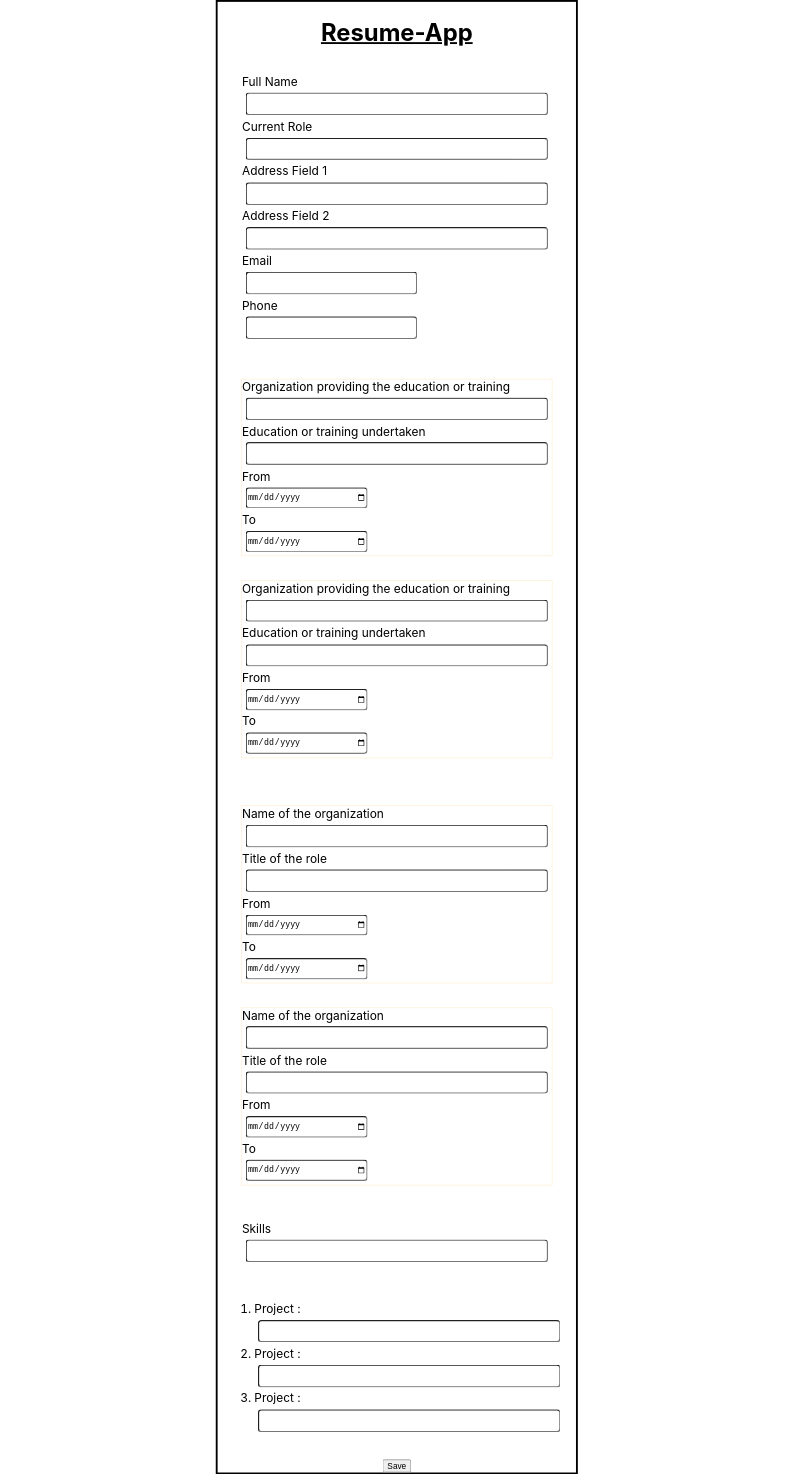
Repository: 0101chaitanya/resume-app
Page: /
These files come from the project's save history. The page is drawn as it stood at one moment and after the next save; the edit follows.
The browser window is 1280 px wide. The pictures show the whole page, at 62% of full size.
The project was rebuilt for these pictures with package versions that can differ from the ones it lists, and the page was loaded fresh each time.

Above is the page before, as saved 2021-07-28 15:56:25.

### src/App.js
import React, { useState, useEffect } from "react";
import logo from "./logo.svg";
import "./App.css";

function App() {
  const [state, setState] = useState({
    fullName: "",
    currentRole: "",
    address1: "",
    address2: "",

    schoolName1: "",
    titleOfStudy1: "",
    from1: "",
    to1: "",

    schoolName2: "",
    titleOfStudy2: "",
    from2: "",
    to2: "",

    organizationName1: "",
    titleOfRole1: "",
    workedFrom1: "",
    workedTill1: "",

    organizationName2: "",
    titleOfRole2: "",
    workedFrom2: "",
    workedTill2: "",

    skills: "",

    project1: "",
    project2: "",
    project3: "",
  });
  useEffect(() => {
    console.log(state);
  });
  const onChange = (e) => {
    const { name, value } = e.target;
    setState({
      ...state,
      [name]: value,
    });
  };
  const handleSubmit = (e) => {
    localStorage.setItem("savedData", JSON.stringify(state));
    setState({
      fullName: "",
      currentRole: "",
      address1: "",
      address2: "",

      schoolName1: "",
      titleOfStudy1: "",
      from1: "",
      to1: "",

      schoolName2: "",
      titleOfStudy2: "",
      from2: "",
      to2: "",

      organizationName1: "",
      titleOfRole1: "",
      workedFrom1: "",
      workedTill1: "",

      organizationName2: "",
      titleOfRole2: "",
      workedFrom2: "",
      workedTill2: "",

      skills: "",

      project1: "",
      project2: "",
      project3: "",
    });
    e.target.submit();
  };

  return (
    <div className="app">
      <header className="App-header">
        <h1>Resume-App</h1>
      </header>
      <form
        onSubmit={(e) => {
          e.preventDefault();
          handleSubmit(e);
        }}
      >
        <div className="section section1">
          <label htmlFor="fullName">
            Full Name
            <input
              required
              id="fullName"
              name="fullName"
              onChange={onChange}
              value={state.fullName}
              type="text"
            />
          </label>
          <label htmlFor="currentRole">
            Current Role
            <input
              required
              id="currentRole"
              name="currentRole"
              onChange={onChange}
              value={state.currentRole}
              type="text"
            />
          </label>
          <label htmlFor="address1">
            Address Field 1
            <input
              required
              id="address1"
              name="address1"
              onChange={onChange}
              value={state.address1}
              type="text"
            />
          </label>
          <label htmlFor="address2">
            Address Field 2
            <input
              required
              id="address2"
              name="address2"
              onChange={onChange}
              value={state.address2}
              type="text"
            />
          </label>
          <label htmlFor="email">
            Email
            <input
              required
              id="email"
              name="email"
              onChange={onChange}
              value={state.email}
              type="email"
            />
          </label>
          <label htmlFor="phone">
            Phone
            <input
              required
              id="phone"
              name="phone"
              onChange={onChange}
              value={state.phone}
              type="tel"
            />
          </label>
        </div>
        <div className="section section2">
          <div className="edu1">
            <label htmlFor="schoolName1">
              Organization providing the education or training
              <input
                required
                id="schoolName1"
                name="schoolName1"
                onChange={onChange}
                value={state.schoolName1}
                type="text"
              />
            </label>
            <label htmlFor="titleOfStudy1">
              Education or training undertaken
              <input
                required
                id="titleOfStudy1"
                name="titleOfStudy1"
                onChange={onChange}
                value={state.titleOfStudy1}
                type="text"
              />
            </label>
            <label htmlFor="from1">
              From
              <input
                required
                id="from1"
                name="from1"
                onChange={onChange}
                value={state.from1}
                type="date"
              />
            </label>
            <label htmlFor="to1">
              To
              <input
                required
                id="to1"
                name="to1"
                onChange={onChange}
                value={state.to1}
                type="date"
              />
            </label>
          </div>
          <div className="edu2">
            <label htmlFor="schoolName2">
              Organization providing the education or training
              <input
                required
                id="schoolName2"
                name="schoolName2"
                onChange={onChange}
                value={state.schoolName2}
                type="text"
              />
            </label>
            <label htmlFor="titleOfStudy2">
              Education or training undertaken
              <input
                required
                id="titleOfStudy2"
                name="titleOfStudy2"
                onChange={onChange}
                value={state.titleOfStudy2}
                type="text"
              />
            </label>
            <label htmlFor="from2">
              From
              <input
                required
                id="from2"
                name="from2"
                onChange={onChange}
                value={state.from2}
                type="date"
              />
            </label>
            <label htmlFor="to2">
              To
              <input
                required
                id="to2"
                name="to2"
                onChange={onChange}
                value={state.to2}
                type="date"
              />
            </label>
          </div>
        </div>
        <div className="section section3">
          <div className="job1">
            <label htmlFor="organizationName1">
              Name of the organization
              <input
                required
                id="organizationName1"
                name="organizationName1"
                onChange={onChange}
                value={state.organizationName1}
                type="text"
              />
            </label>
            <label htmlFor="titleOfRole1">
              Title of the role
              <input
                required
                id="titleOfRole1"
                name="titleOfRole1"
                onChange={onChange}
                value={state.titleOfRole1}
                type="text"
              />
            </label>
            <label htmlFor="workedFrom1">
              From
              <input
                required
                id="workedFrom1"
                name="workedFrom1"
                onChange={onChange}
                value={state.workedFrom1}
                type="date"
              />
            </label>
            <label htmlFor="workedTill1">
              To
              <input
                required
                id="workedTill1"
                name="workedTill1"
                onChange={onChange}
                value={state.workedTill1}
                type="date"
              />
            </label>
          </div>
          <div className="job2">
            <label htmlFor="organizationName2">
              Name of the organization
              <input
                id="organizationName2"
                name="organizationName2"
                onChange={onChange}
                value={state.organizationName2}
                type="text"
              />
            </label>
            <label htmlFor="titleOfRole2">
              Title of the role
              <input
                id="titleOfRole2"
                name="titleOfRole2"
                onChange={onChange}
                value={state.titleOfRole2}
                type="text"
              />
            </label>
            <label htmlFor="workedFrom2">
              From
              <input
                id="workedFrom2"
                name="workedFrom2"
                onChange={onChange}
                value={state.workedFrom2}
                type="date"
              />
            </label>
            <label htmlFor="workedTill2">
              To
              <input
                id="workedTill2"
                name="workedTill2"
                onChange={onChange}
                value={state.workedTill2}
                type="date"
              />
            </label>
          </div>
        </div>
        <div className="section section4">
          <label htmlFor="skills">
            Skills
            <input
              required
              id="skills"
              name="skills"
              onChange={onChange}
              value={state.skills}
              type="text"
            />
          </label>
        </div>
        <div className="section section5">
          <ol>
            <li>
              <label htmlFor="project1">
                Project :{" "}
                <input
                  required
                  id="project1"
                  name="project1"
                  onChange={onChange}
                  value={state.project1}
                  type="text"
                />
              </label>
            </li>
            <li>
              <label htmlFor="project2">
                Project :{" "}
                <input
                  required
                  id="project2"
                  name="project2"
                  onChange={onChange}
                  value={state.project2}
                  type="text"
                />
              </label>
            </li>
            <li>
              <label htmlFor="project3">
                Project :{" "}
                <input
                  id="project3"
                  name="project3"
                  onChange={onChange}
                  value={state.project3}
                  type="text"
                />
              </label>
            </li>
          </ol>
        </div>
        <button type="submit">Save</button>
      </form>
    </div>
  );
}

export default App;

### src/App.css
html {
  font-size: 1.2rem;
  font-weight: 400;
}
input {
  border-radius: 0.3rem;
  height: 1.6rem;
}
.app {
  margin: auto;
  display: flex;
  flex-direction: column;
  border: 0.2rem solid;
  width: fit-content;
  height: fit-content;
}

h1 {
  text-align: center;
  text-decoration: underline;
}
label {
  display: flex;
  flex-direction: column;
}
input[type="text"] {
  width: 25rem;
  margin: 0.3rem;
}
input[type="email"],
input[type="tel"] {
  width: 14rem;

  margin: 0.3rem;
}

input[type="date"] {
  width: 10rem;

  margin: 0.3rem;
}
.edu1,
.edu2,
.job1,
.job2 {
  margin: 1rem;
  border: 1px solid blanchedalmond;
}
.section {
  margin: 1rem;
  display: flex;
  flex-direction: column;
  justify-content: center;
}
form {
  display: flex;
  flex-direction: column;
  align-items: center;
}
button {
  justify-self: center;
}

Loaded but not shown: public/index.html (common file); src/index.js (common file); src/index.css (common file); src/reportWebVitals.js (common file)

After the next save:
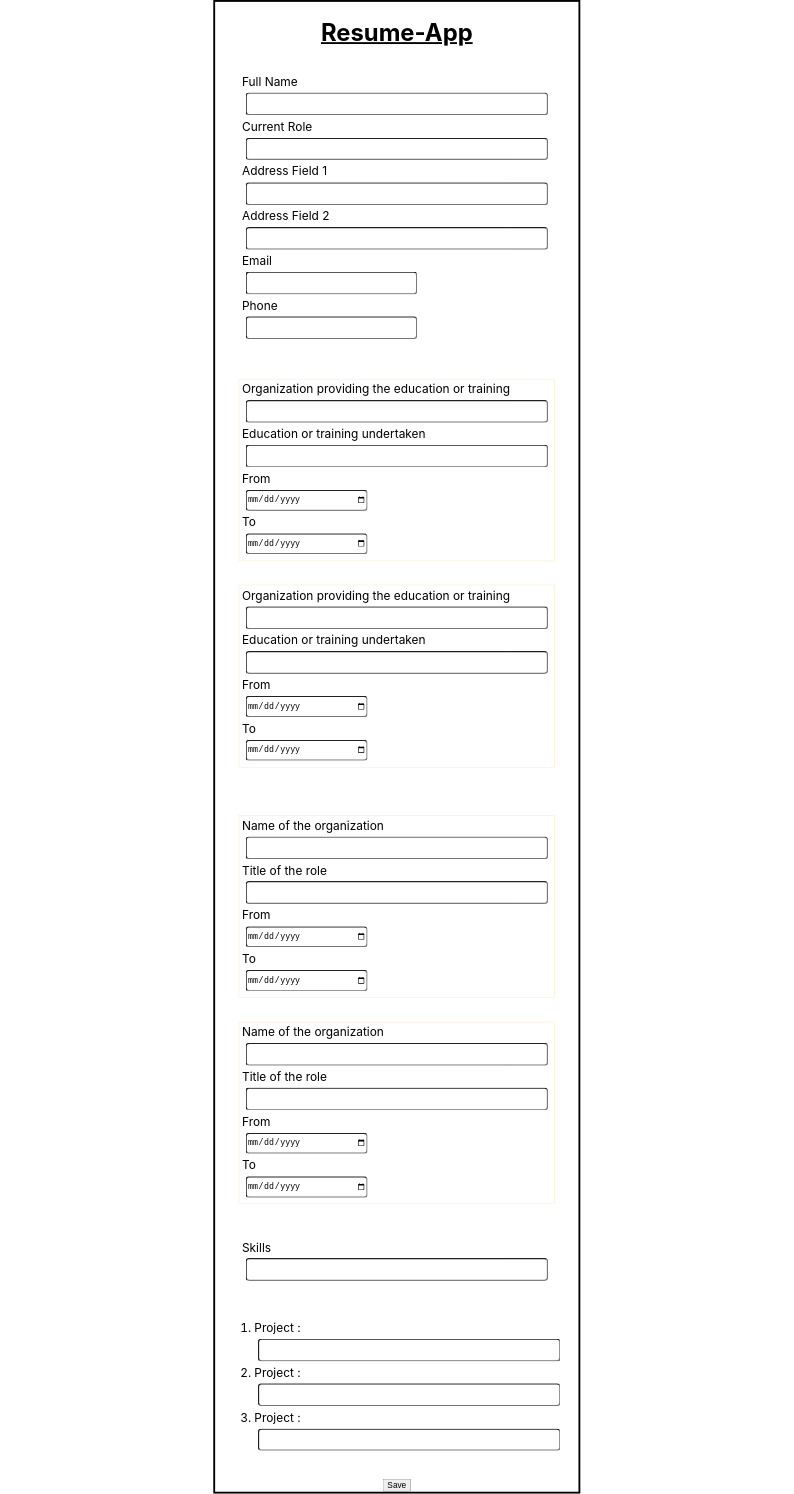
Saved 20 s later.
--- a/src/App.css
+++ b/src/App.css
@@ -44,6 +44,7 @@ input[type="date"] {
 .job1,
 .job2 {
   margin: 1rem;
+  padding: 0.2rem;
   border: 1px solid blanchedalmond;
 }
 .section {
